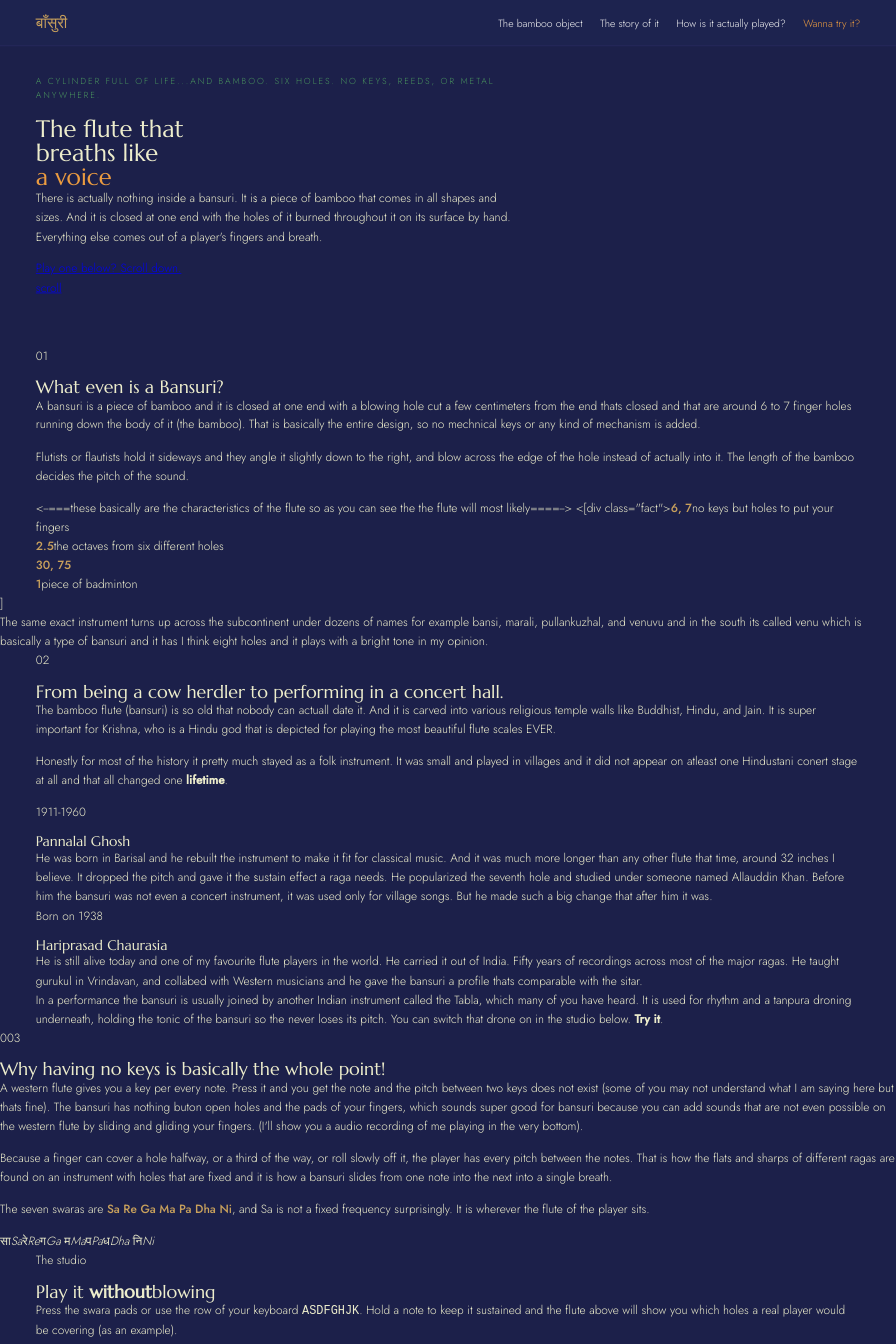
Repository: manayparikh1/Bansi
Page: index.html
These files come from the project's save history. The page is drawn as it stood at one moment and after the next save; the edit follows.
The browser window is 1280 px wide. The pictures show the part of the page from y = 0 to 1920 px (the page is 2360 px tall before and 2631 px after), at 70% of full size.

Above is the page before, as saved 2026-09-19 23:10:18.

After the next save:
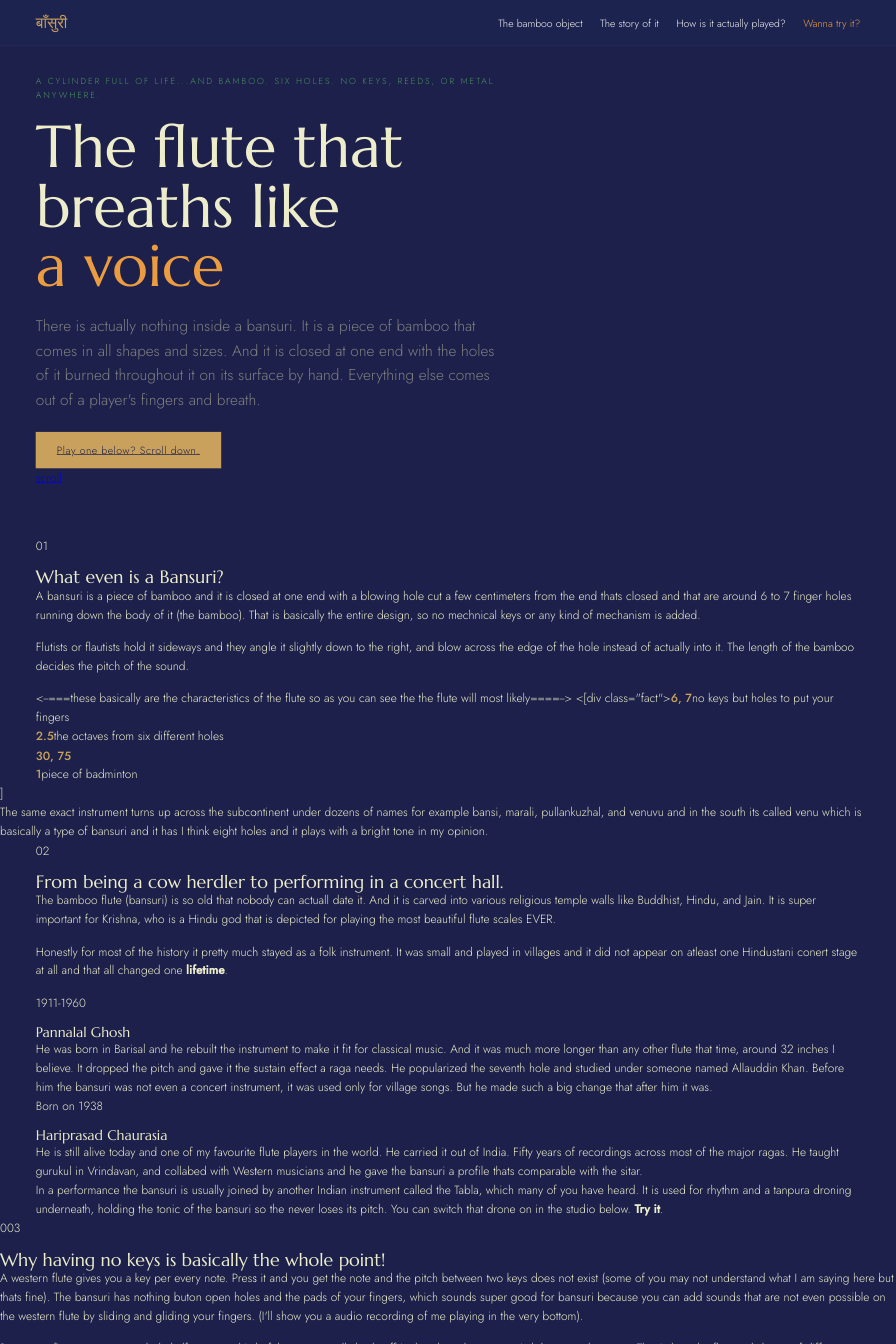
Saved 4 min 27 s later.
--- a/style.css
+++ b/style.css
@@ -158,4 +158,28 @@ so !important is added to override any other styles that may be applied to it. *
     margin-bottom: 22px;
 }
 
-.eyebrow.gol {}
+.eyebrow.g {
+    color: var(--marigold);
+}
+
+h1 {
+    font-size: clamp(42px, 6.6vw, 96px);
+    margin-bottom: 26px;
+}
+
+.stand {
+    max-width: 56ch;
+    font-size: clamp(17px, 2.1vw, 22px);
+    color: #7f7f7f;
+    margin-bottom: 29px;
+}
+
+.cta {
+    display: inline-block;
+    letter-spacing: 0.05em;
+    background: var(--bamboo);
+    padding: 14px 30px;
+    font-size: 15px;
+    padding: 14px 30px;
+    color: var(--night);
+}
